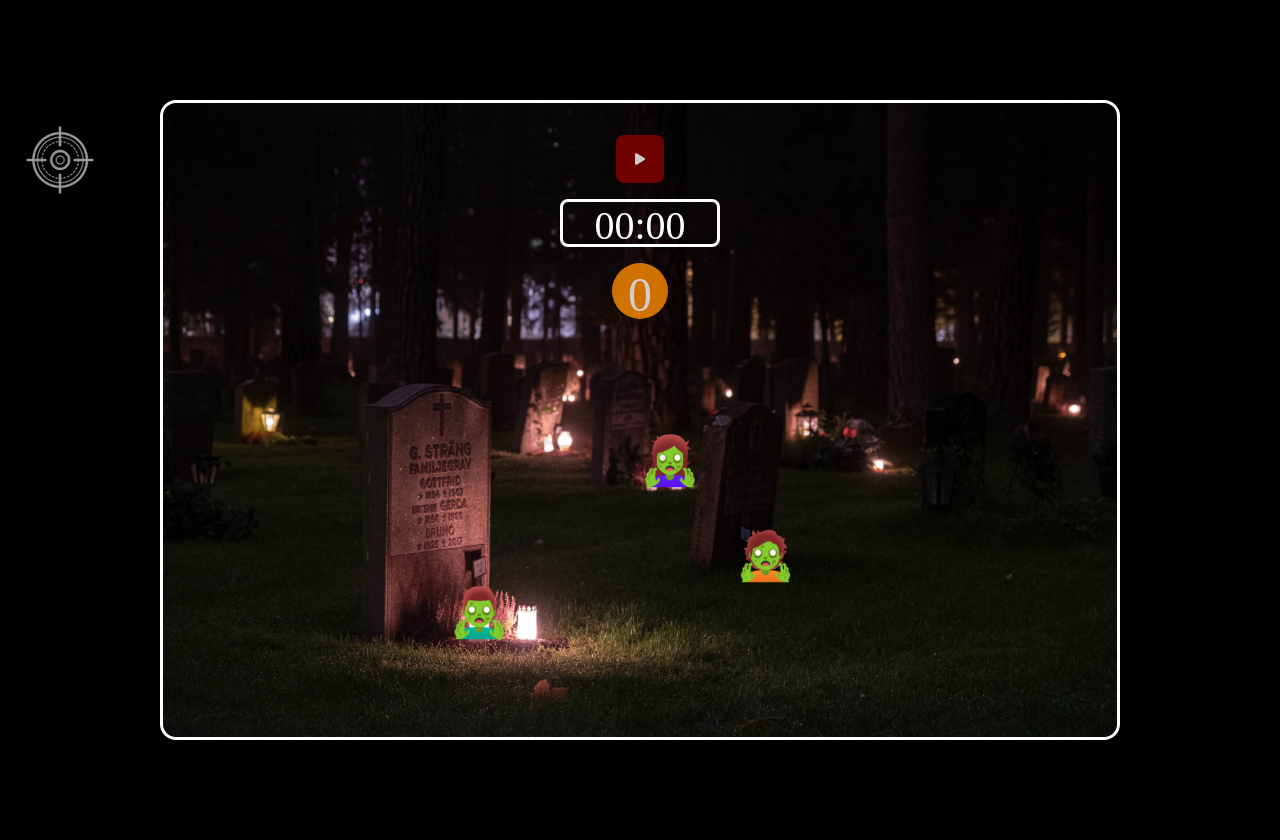
Repository: MrJinkyu/ZombieGame
Page: index.html
The author's editor kept a copy of each file at every save. The page is drawn from the files as they stood at one save, then again after the next save.
The browser window is 1280 px wide. The pictures show the whole page.
Some web libraries are served in a nearby version.

Above is the page before, as saved 2023-04-09 13:16:55.

### index.html
<!DOCTYPE html>
<html lang="en">
<head>
    <meta charset="UTF-8">
    <meta http-equiv="X-UA-Compatible" content="IE=edge">
    <meta name="viewport" content="width=device-width, initial-scale=1.0">
    <title>Zombie Game</title>
    <link rel="stylesheet" href="style.css">
    <script src="main.js" defer></script>
    <script src="https://kit.fontawesome.com/83424fe51a.js" crossorigin="anonymous"></script>
</head>
<body>
    <img src="img/target.png" alt="target" class="game__target">
    <section class="game">
        <haeder class="game__header">
            <button class="game__btn">
                <i class="fa-sharp fas fa-play"></i>
            </button>
            <span class="game__timer">00:00</span>
            <span class="game__score">0</span>
        </haeder>
        <section class="game__field">
            <span id="zombie1" class="zombie">🧟‍♂️</span>
            <span id="zombie2" class="zombie">🧟</span>
            <span id="zombie3" class="zombie">🧟‍♀️</span>
        </section>
    </section>
    <section class="pop-up">
        <button class="pop-up__refresh">
            <i class="fa fa-rotate-right"></i>
        </button>
        <div class="pop-up__message">Replay❓</div>
    </section>
</body>
</html>

### style.css
*{
    box-sizing: border-box;
    margin: 0;
    padding: 0;
}

body{
    background-color: black;
}

.game{
    background: url('img/background.jpg') center/cover;
    width: 60rem;
    height: 40rem;
    border: 0.2rem solid white;
    border-radius: 1rem;
    margin: 100px auto;
}

.game__target{
    position: absolute;
    opacity: 0.6;
    z-index: 1;
}

.game__header{
    display: flex;
    flex-direction: column;
    align-items: center;
    height: 40%;
}

.game__btn{
    margin-top: 2rem;
    width: 3rem;
    height: 3rem;
    background-color: darkred;
    color: white;
    border: none;
    border-radius: 0.5rem;
    outline: none;
    opacity: 0.8;
    transition: all 200ms ease-in;
    z-index: 1;
}

.game__btn:hover{
    transform: scale(1.1);
    opacity: 1;
}

.game__timer{
    margin-top: 1rem;
    width: 10rem;
    height: 3rem;
    border-radius: 0.5rem;
    border: 3px solid white;
    color: white;
    line-height: 3rem;
    font-size: 2.5rem;
    cursor: auto;
    user-select: none;
    text-align: center;
}

.game__score{
    margin-top: 1rem;
    width: 3.5rem;
    height: 3.5rem;
    font-size: 3rem;
    line-height: 4rem;
    border-radius: 50%;
    background-color: darkorange;
    color: white;
    cursor: auto;
    user-select: none;
    opacity: 0.8;
    text-align: center;
}

.game__field{
    width: 100%;
    height: 60%;
    position: relative;
}

.zombie{
    position: absolute;
    font-size: 3rem;
    transition: all 200ms ease-in;
}

.zombie:hover{
    transform: scale(1.1);
}

#zombie1{
    top: 60%;
    left: 30%;
}

#zombie2{
    top: 45%;
    left: 60%;
}

#zombie3{
    top: 20%;
    left: 50%;
}

.pop-up{
    width: 25rem;
    height: 10rem;
    background-color: #00000090;
    text-align: center;
    margin: 0 auto;
    transform: translateY(-20rem);
    display: none;

}

.pop-up.vidible{
    display: block;

}

.pop-up__refresh{
    width: 3rem;
    height: 3rem;
    margin-top: 2rem;
    background-color: white;
    color: darkorange;
    border-radius: 50%;
    border: 2px solid darkorange;
    font-size: 1.5rem;
    transition: all 200ms ease-in;
}

.pop-up__refresh:hover{
    transform: rotate(360deg);
}

.pop-up__message{
    margin-top: 0.5rem;
    color: red;
    font-size: 2rem;
}

### main.js
'use strict';





























const target = document.querySelector('.game__target');
const field = document.querySelector('.game__field');

window.addEventListener('load',()=>{
    const targetRect = target.getBoundingClientRect();
    document.addEventListener('mousemove',(e)=>{
        target.style.transform = `translate(${e.clientX-targetRect.width/2}px,${e.clientY-targetRect.height/2-100}px)`;
    });
});

After the next save:
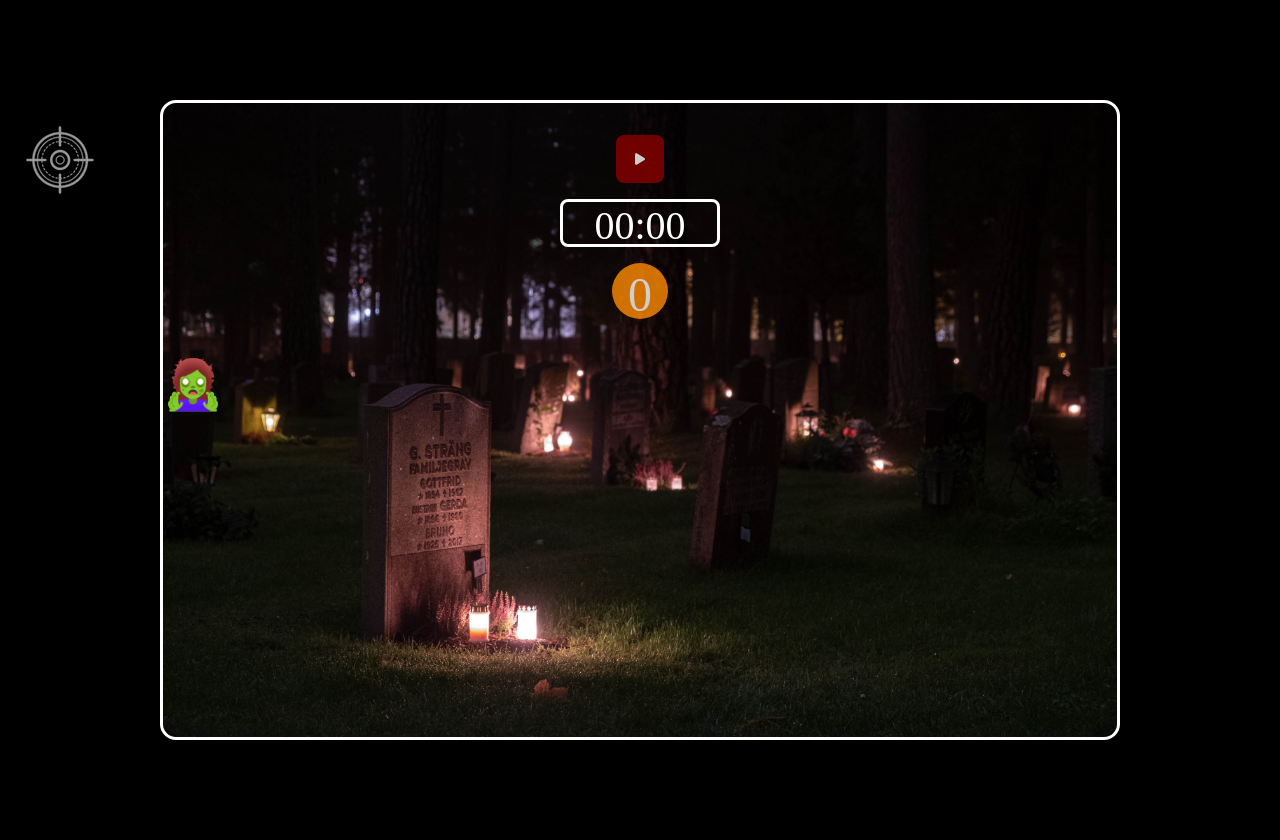
Saved 3 min 34 s later.
--- a/style.css
+++ b/style.css
@@ -94,21 +94,6 @@ body{
     transform: scale(1.1);
 }
 
-#zombie1{
-    top: 60%;
-    left: 30%;
-}
-
-#zombie2{
-    top: 45%;
-    left: 60%;
-}
-
-#zombie3{
-    top: 20%;
-    left: 50%;
-}
-
 .pop-up{
     width: 25rem;
     height: 10rem;
